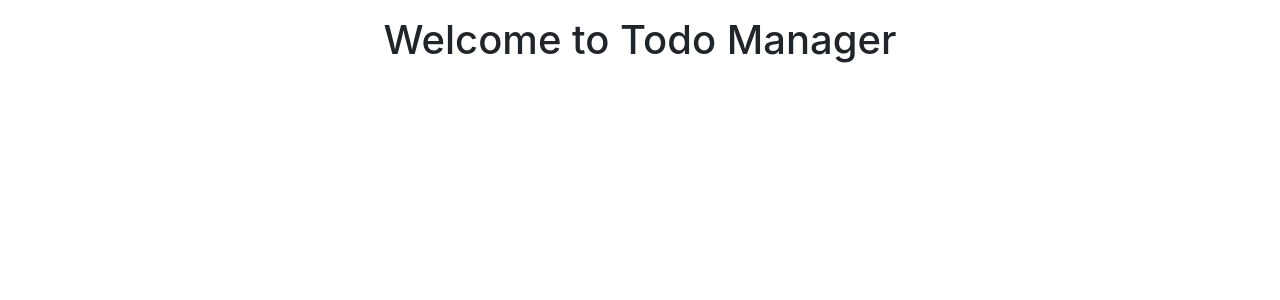
Repository: HarshViijay/spring-boot
Page: http://localhost/ToDoApp/home
The author's editor kept a copy of each file at every save. The page is drawn from the files as they stood at one save, then again after the next save.
The browser window is 1280 px wide. The pictures show the whole page.
Some web libraries are served in a nearby version. The page is served by Tomcat 9. Other server files are loaded and not shown.

Above is the page before, as saved 2023-03-12 11:03:45.

### ToDoApp/src/main/webapp/WEB-INF/pages/home.jsp
<%@ page language="java" contentType="text/html; charset=UTF-8"
    pageEncoding="UTF-8"%>
<!doctype html>
<html lang="en">
  <head>
    <!-- Required meta tags -->
    <meta charset="utf-8">
    <meta name="viewport" content="width=device-width, initial-scale=1, shrink-to-fit=no">

    <!-- Bootstrap CSS -->
    <link rel="stylesheet" href="https://cdn.jsdelivr.net/npm/bootstrap@4.0.0/dist/css/bootstrap.min.css" integrity="sha384-Gn5384xqQ1aoWXA+058RXPxPg6fy4IWvTNh0E263XmFcJlSAwiGgFAW/dAiS6JXm" crossorigin="anonymous">

    <title>Our Todo App</title>
  </head>
  <body>

    <div class="container mt-3">
    	<h1 class="text-center">Welcome to Todo Manager</h1>
    </div>

    <!-- Optional JavaScript -->
    <!-- jQuery first, then Popper.js, then Bootstrap JS -->
    <script src="https://code.jquery.com/jquery-3.2.1.slim.min.js" integrity="sha384-KJ3o2DKtIkvYIK3UENzmM7KCkRr/rE9/Qpg6aAZGJwFDMVNA/GpGFF93hXpG5KkN" crossorigin="anonymous"></script>
    <script src="https://cdn.jsdelivr.net/npm/popper.js@1.12.9/dist/umd/popper.min.js" integrity="sha384-ApNbgh9B+Y1QKtv3Rn7W3mgPxhU9K/ScQsAP7hUibX39j7fakFPskvXusvfa0b4Q" crossorigin="anonymous"></script>
    <script src="https://cdn.jsdelivr.net/npm/bootstrap@4.0.0/dist/js/bootstrap.min.js" integrity="sha384-JZR6Spejh4U02d8jOt6vLEHfe/JQGiRRSQQxSfFWpi1MquVdAyjUar5+76PVCmYl" crossorigin="anonymous"></script>
  </body>
</html>

After the next save:
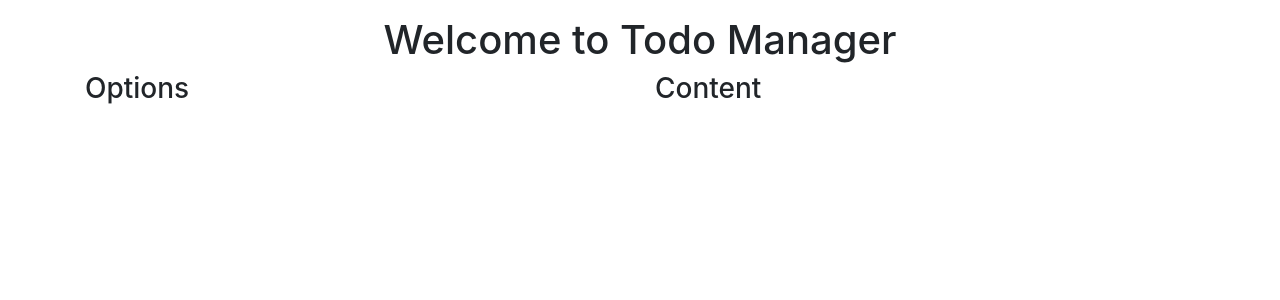
Saved 94 s later.
--- a/ToDoApp/src/main/webapp/WEB-INF/pages/home.jsp
+++ b/ToDoApp/src/main/webapp/WEB-INF/pages/home.jsp
@@ -16,6 +16,15 @@
 
     <div class="container mt-3">
     	<h1 class="text-center">Welcome to Todo Manager</h1>
+
+    	<div class="row">
+    		<div class="col-md-6">
+    			<h3>Options</h3>
+    		</div>
+    		<div class="col-md-6">
+    			<h3>Content</h3>
+    		</div>
+    	</div>
     </div>
 
     <!-- Optional JavaScript -->
